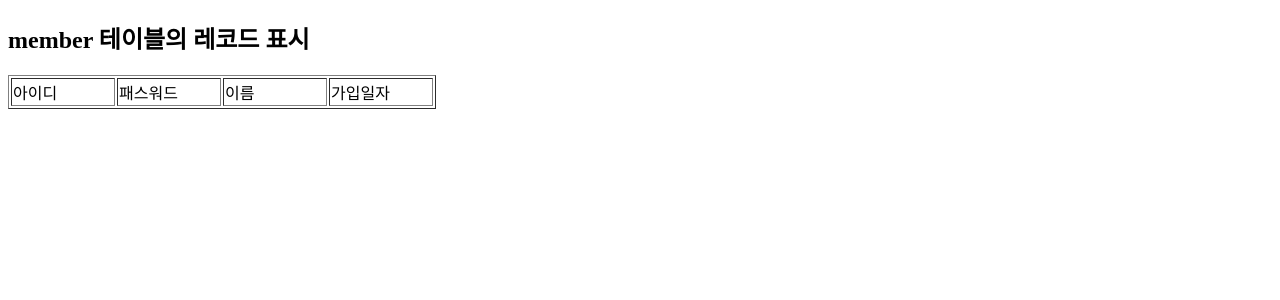
Repository: gugucon-hwan/ForStudyJSP
Page: http://localhost/StudyBasicJSP/ch11/selectTest.jsp
The author's editor kept a copy of each file at every save. The page is drawn from the files as they stood at one save, then again after the next save.
The browser window is 1280 px wide. The pictures show the whole page.
The page is served by Tomcat 9. Other server files are loaded and not shown.

Above is the page before, as saved 2020-08-21 09:51:17.

### StudyBasicJSP/WebContent/ch11/selectTest.jsp
<%@ page language="java" contentType="text/html; charset=UTF-8"
    pageEncoding="UTF-8"%>
<!DOCTYPE html>
<html>
<head>
<meta charset="UTF-8">
<title>레코드 표시</title>
</head>
<body>
	<h2>member 테이블의 레코드 표시</h2>
	<table border="1">
		<tr>
			<td width="100">아이디</td>
			<td width="100">패스워드</td>
			<td width="100">이름</td>
			<td width="100">가입일자</td>
		</tr>
	</table>
</body>
</html>

After the next save:
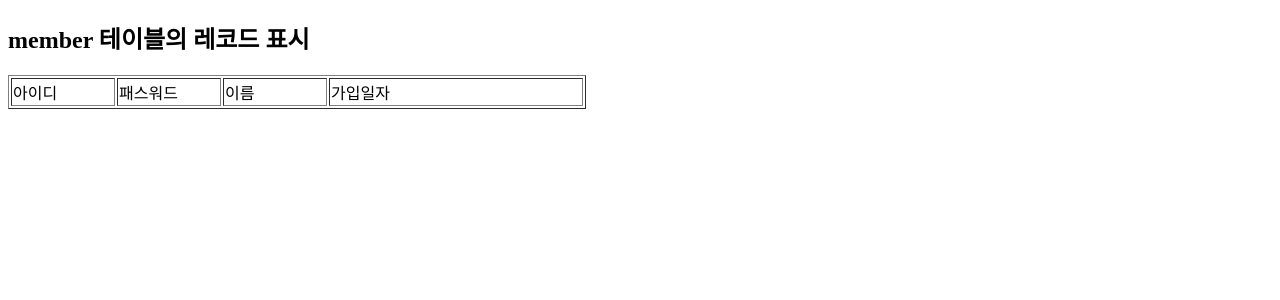
Saved 11 s later.
--- a/StudyBasicJSP/WebContent/ch11/selectTest.jsp
+++ b/StudyBasicJSP/WebContent/ch11/selectTest.jsp
@@ -13,7 +13,7 @@
 			<td width="100">아이디</td>
 			<td width="100">패스워드</td>
 			<td width="100">이름</td>
-			<td width="100">가입일자</td>
+			<td width="250">가입일자</td>
 		</tr>
 	</table>
 </body>
